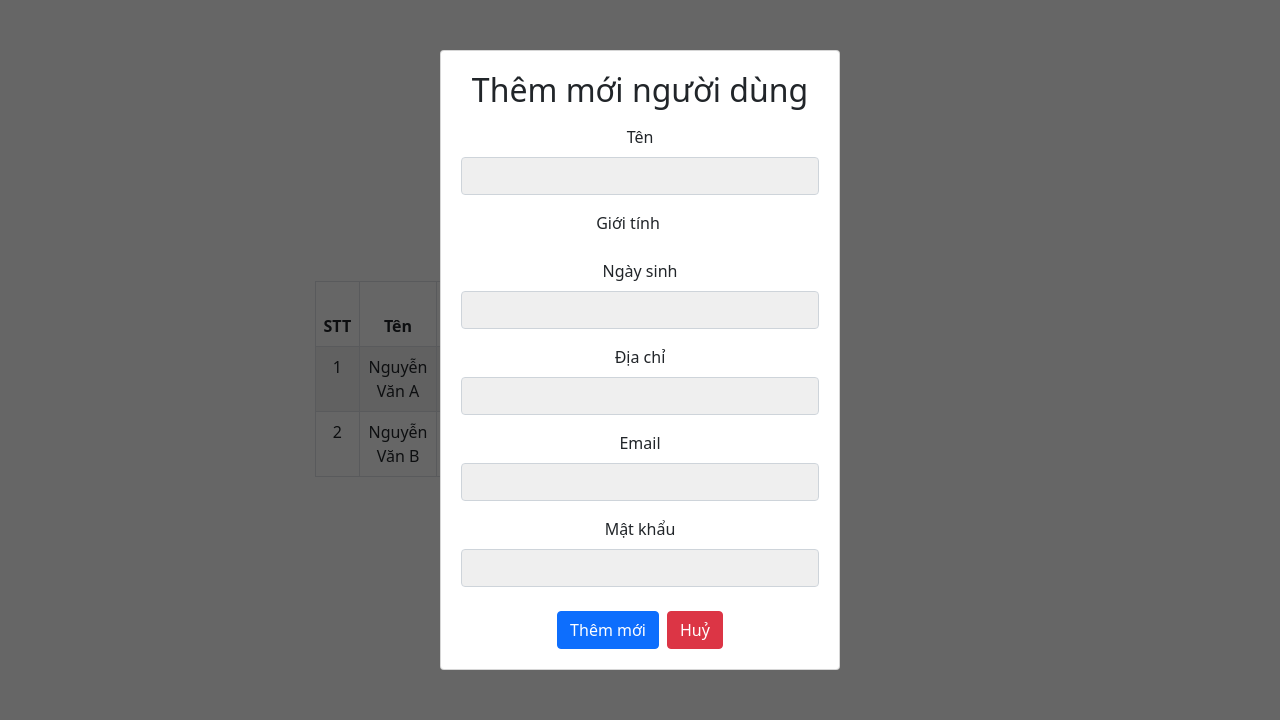
Repository: TinhTT336/MD02_Session12
Page: / (app in client/), after clicking the first element matching `button.btn`
The author's editor kept a copy of each file at every save. The page is drawn from the files as they stood at one save, then again after the next save.
The browser window is 1280 px wide. The pictures show the whole page.
The project was rebuilt for these pictures with package versions that can differ from the ones it lists, and the page was loaded fresh each time. Requests to the local data server were answered from the project's data file. Also part of the build but not shown: client/vite.config.js, client/src/utils/formatData.js, client/src/components/admin/manager-product/FormAdd.jsx, client/src/components/admin/manager-product/FormEdit.jsx, client/src/pages/product/ListProduct.jsx.

Above is the page before, as saved 2023-09-11 17:06:48.

After the next save:
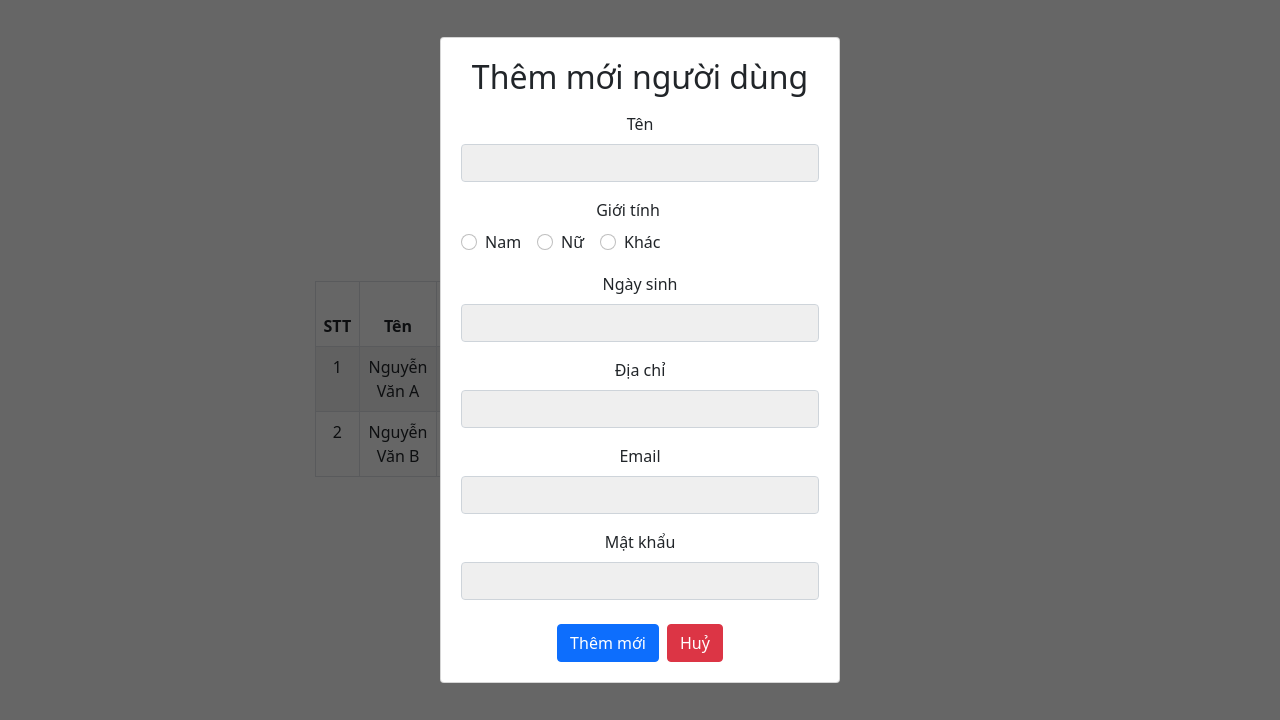
Saved 45 s later.
--- a/client/src/components/admin/manager-user/FormAddUser.jsx
+++ b/client/src/components/admin/manager-user/FormAddUser.jsx
@@ -65,7 +65,18 @@ export default function FormAddUser({ handleClose, loadData }) {
                         <label htmlFor="gender" className="form-label me-4">
                             Giới tính
                         </label>
-                        <div className='d-flex'></div>
+                        <div className='d-flex'>
+                            {listGender.map(gender => (
+                                <div className="form-check me-3">
+                                    <input
+                                        className="form-check-input"
+                                        type="radio"
+                                        name="gender"
+                                    />
+                                    <label className="form-check-label" htmlFor="gender">{gender.title}</label>
+                                </div>
+                            ))}
+                        </div>
                     </div>
 
                     <div className="mb-3 mt-3">
